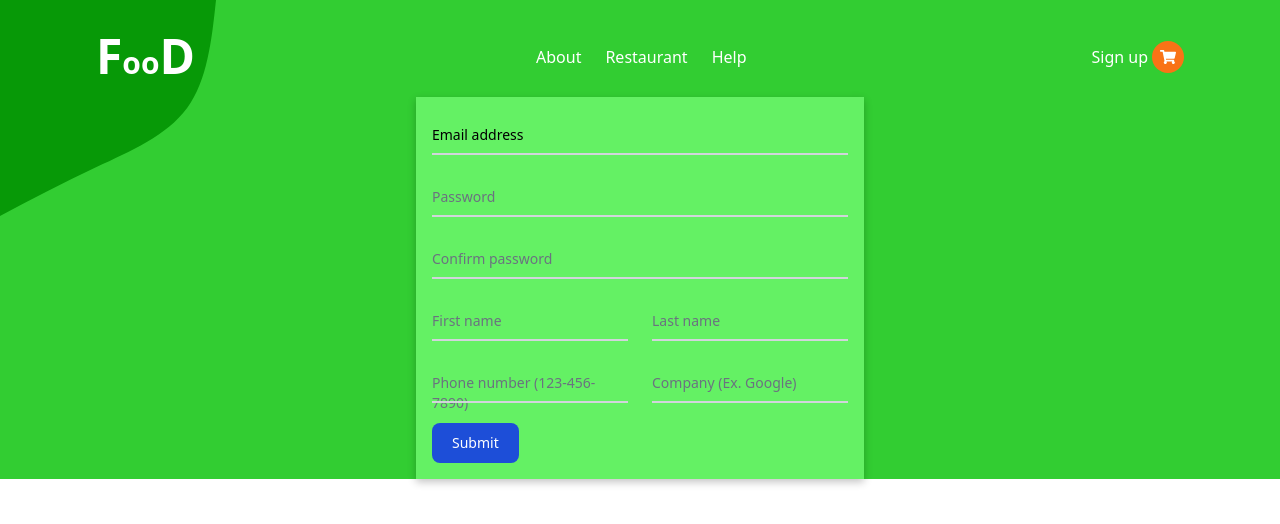
Repository: KhushiCode14/FoodWeb
Page: /signUp (app in frontend/)
The author's editor kept a copy of each file at every save. The page is drawn from the files as they stood at one save, then again after the next save.
The browser window is 1280 px wide. The pictures show the whole page.
The project was rebuilt for these pictures with package versions that can differ from the ones it lists, and the page was loaded fresh each time. Also part of the build but not shown: frontend/src/Pages/Home.tsx, frontend/src/components/Home/SignIn.tsx, frontend/src/components/Home/Cart.tsx.

Above is the page before, as saved 2024-09-20 20:06:22.

After the next save:
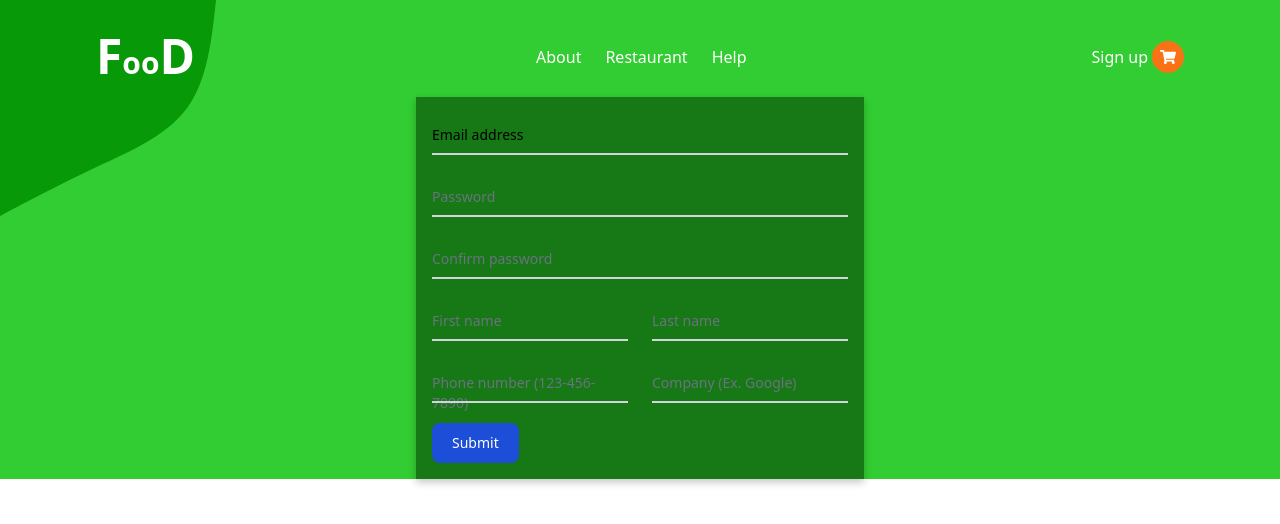
Saved 11 s later.
--- a/frontend/src/components/Home/SignUp.tsx
+++ b/frontend/src/components/Home/SignUp.tsx
@@ -22,7 +22,7 @@ const FormComponent: React.FC = () => {
   };
 
   return (
-    <form className="max-w-md mx-auto bg-[#64f164] p-4 SignUpShadow" onSubmit={handleSubmit} >
+    <form className="max-w-md mx-auto bg-[#167916] p-4 SignUpShadow" onSubmit={handleSubmit} >
       <div className="relative z-0 w-full mb-5 group ">
         <input
           type="email"
